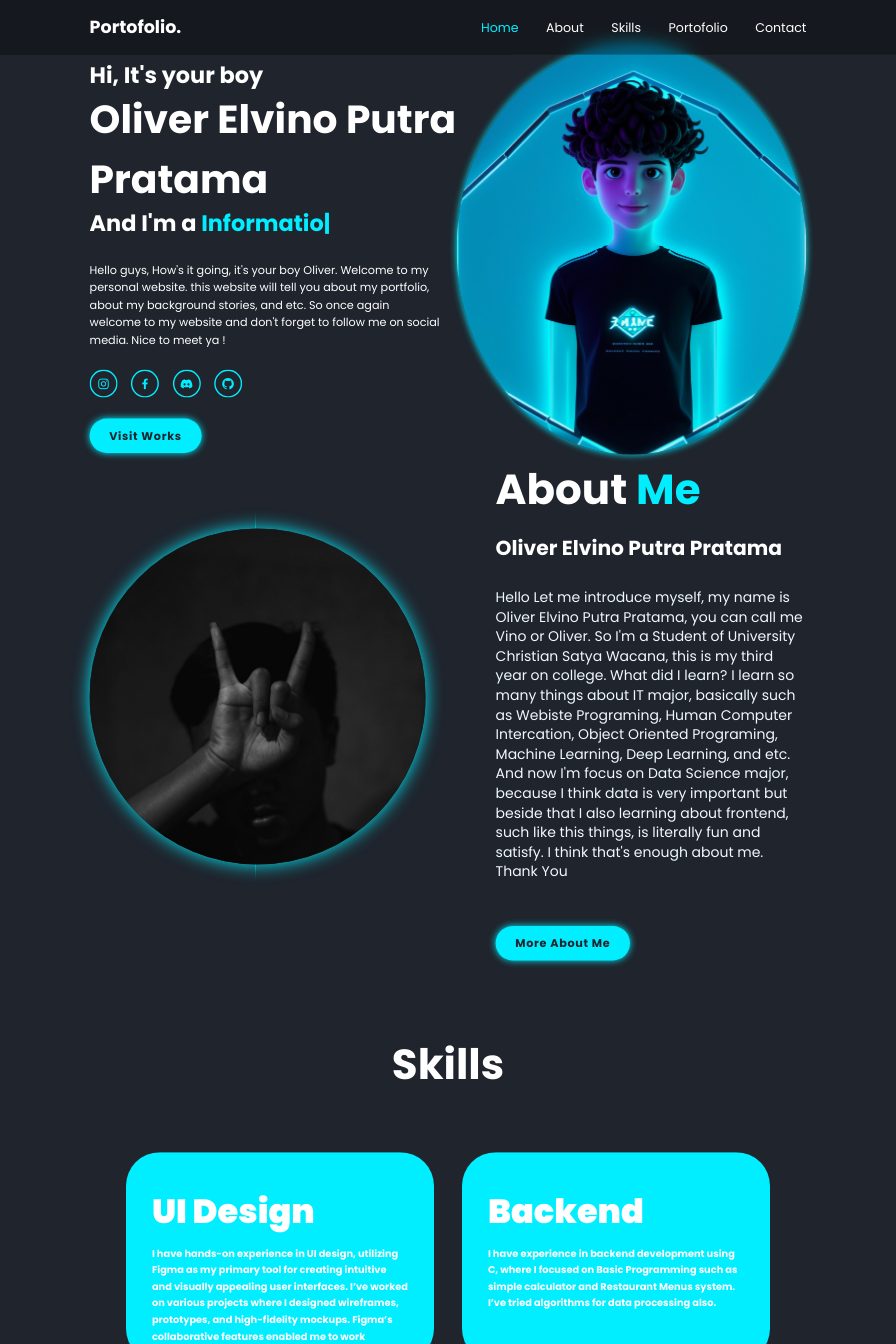
Repository: Olovrelvino/personalWebsite-HtmlCssJs-project
Page: main.html
These files come from the project's save history. The page is drawn as it stood at one moment and after the next save; the edit follows.
The browser window is 1280 px wide. The pictures show the part of the page from y = 0 to 1920 px (the page is 3580 px tall before and 2877 px after), at 70% of full size.
Some web libraries are served in a nearby version.

Above is the page before, as saved 2024-09-22 22:00:02.

After the next save:
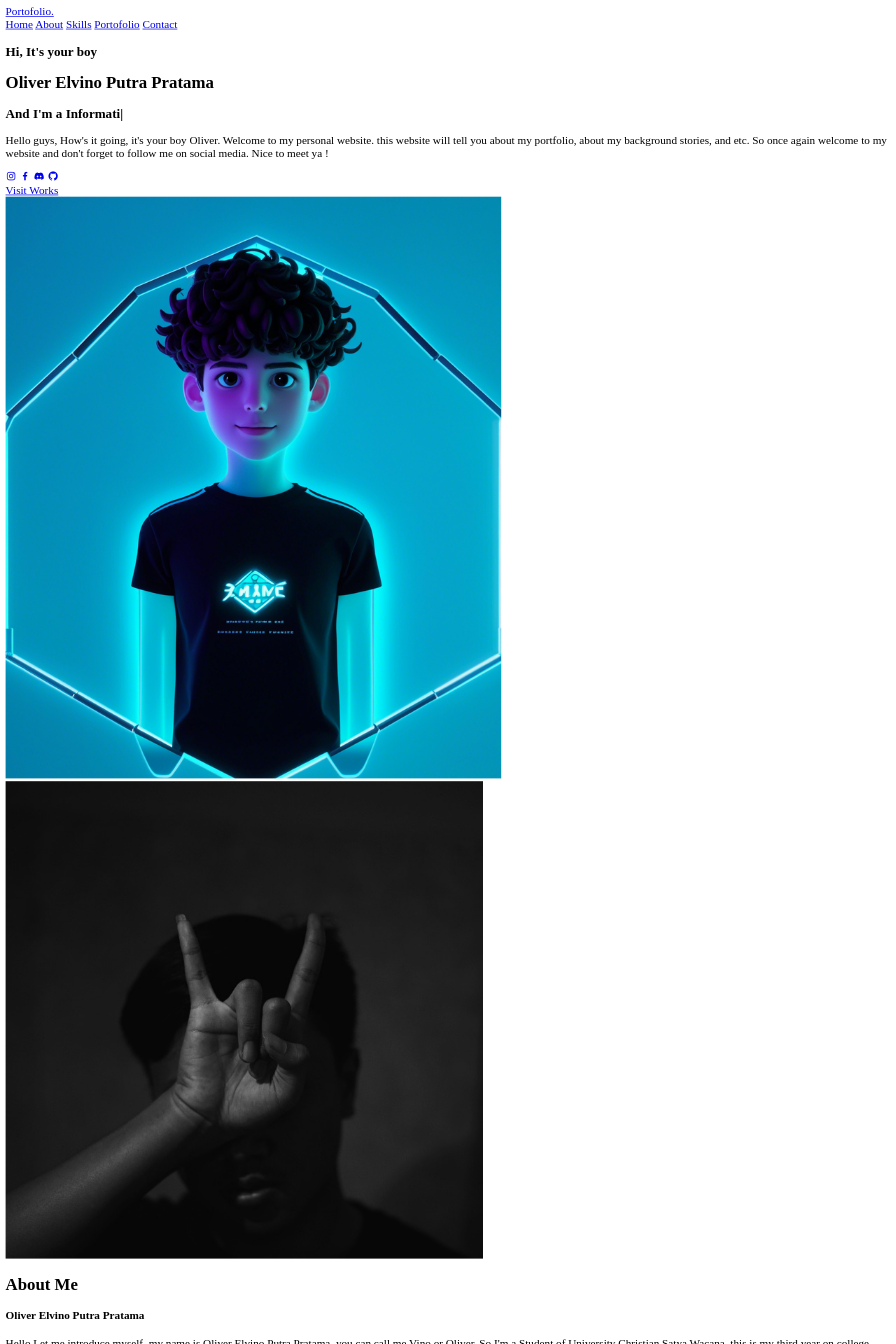
Saved 8 min 6 s later.
--- a/style.css
+++ b/style.css
@@ -1,4 +1,4 @@
-@import url('https://fonts.googleapis.com/css?family=Poppins:400,700,900');
+/* @import url('https://fonts.googleapis.com/css?family=Poppins:400,700,900');
 
 * {
     margin: 0;
@@ -509,4 +509,4 @@ textarea {
         transform: translateY(0);
 
     }
-}
+} */
